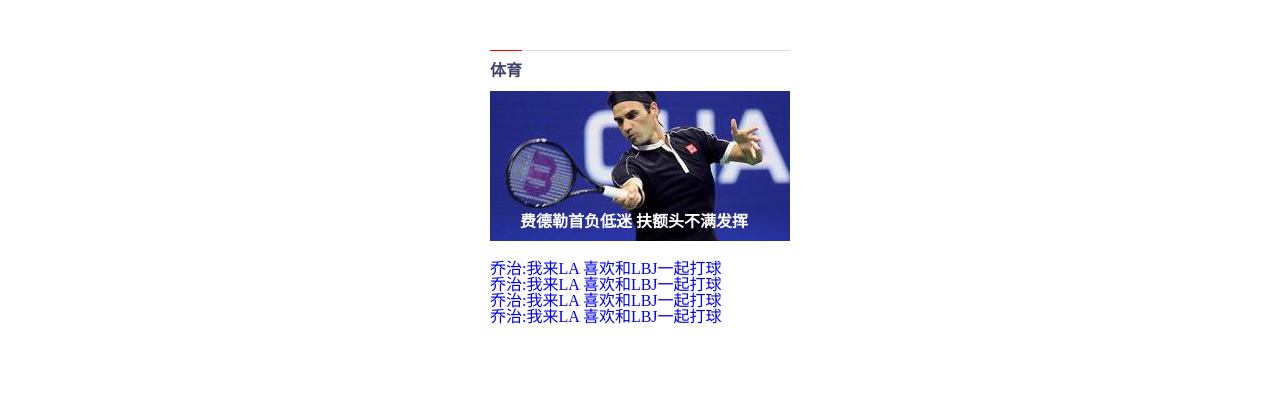
Repository: Romic77/css-test
Page: exercise/03_网易新闻的右侧列表.html
The author's editor kept a copy of each file at every save. The page is drawn from the files as they stood at one save, then again after the next save.
The browser window is 1280 px wide. The pictures show the whole page.

Above is the page before, as saved 2022-09-03 15:59:03.

### exercise/03_网易新闻的右侧列表.html
<!DOCTYPE html>
<html lang="en">

<head>
    <meta charset="UTF-8">
    <meta http-equiv="X-UA-Compatible" content="IE=edge">
    <meta name="viewport" content="width=device-width, initial-scale=1.0">
    <title>Document</title>
    <link rel="stylesheet" href="./css/reset.css">
    <style>
        a {
            text-decoration: none;
        }

        .news-wrapper {
            width: 300px;
            height: 358px;
            margin: 50px auto;

            /* 设置上边框 */
            border-top: 1px solid #ddd;
        }

        .news-wrapper h2 {
            height: 40px;
            /* 文字居中 */
            line-height: 40px;
        }

        .news-wrapper h2 a {
            color: #40406B;
            font-weight: bold;
        }

        .news-title {
            height: 40px;
            display: inline-block;
            border-top: 1px red solid;

            margin-top: -1px;

        }

        /* 设置图片div高度 */
        .news-img {
            height: 150px;
        }

        .news-img .img-title {
            color: #fff;
            margin-top: -30px;
            font-weight: bold;
            padding-left: 30px;
        }

        .news-list {
            margin-top: 20px;
        }

        .news-list li {}
    </style>
</head>

<body>
    <div class="news-wrapper">
        <h2 class="news-title">
            <a href="#">体育</a>
        </h2>

        <div class="news-img">
            <a href="#">
                <img src="./img/03/1.jpeg" alt="">

                <h3 class="img-title">费德勒首负低迷 扶额头不满发挥 </h3>
            </a>
        </div>

        <ul class="news-list">
            <li><a href="#">乔治:我来LA 喜欢和LBJ一起打球</a></li>
            <li><a href="#">乔治:我来LA 喜欢和LBJ一起打球</a></li>
            <li><a href="#">乔治:我来LA 喜欢和LBJ一起打球</a></li>
            <li><a href="#">乔治:我来LA 喜欢和LBJ一起打球</a></li>
        </ul>

    </div>
</body>

</html>

Loaded but not shown: exercise/css/reset.css (common file)

After the next save:
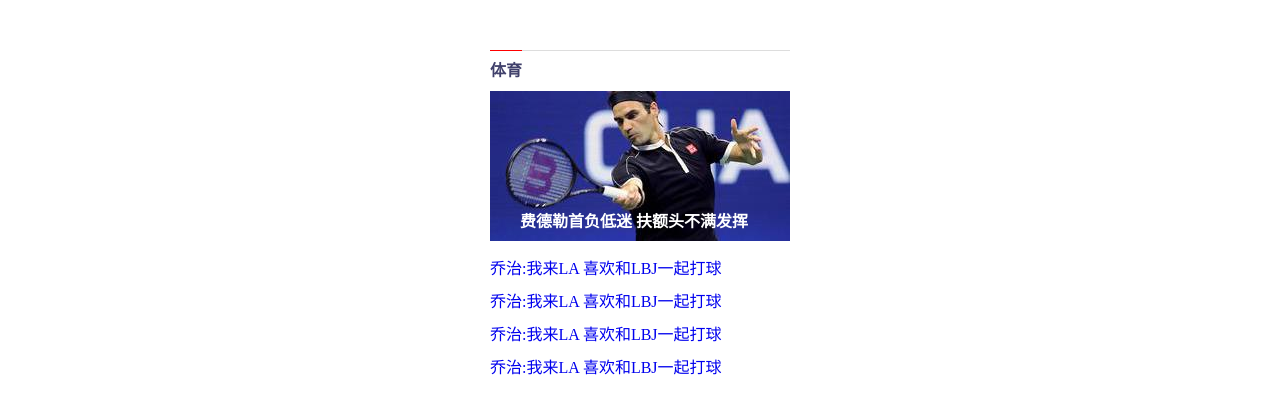
Saved 15 s later.
--- a/exercise/03_网易新闻的右侧列表.html
+++ b/exercise/03_网易新闻的右侧列表.html
@@ -57,7 +57,9 @@
             margin-top: 20px;
         }
 
-        .news-list li {}
+        .news-list li {
+            margin-bottom: 17px;
+        }
     </style>
 </head>
 
